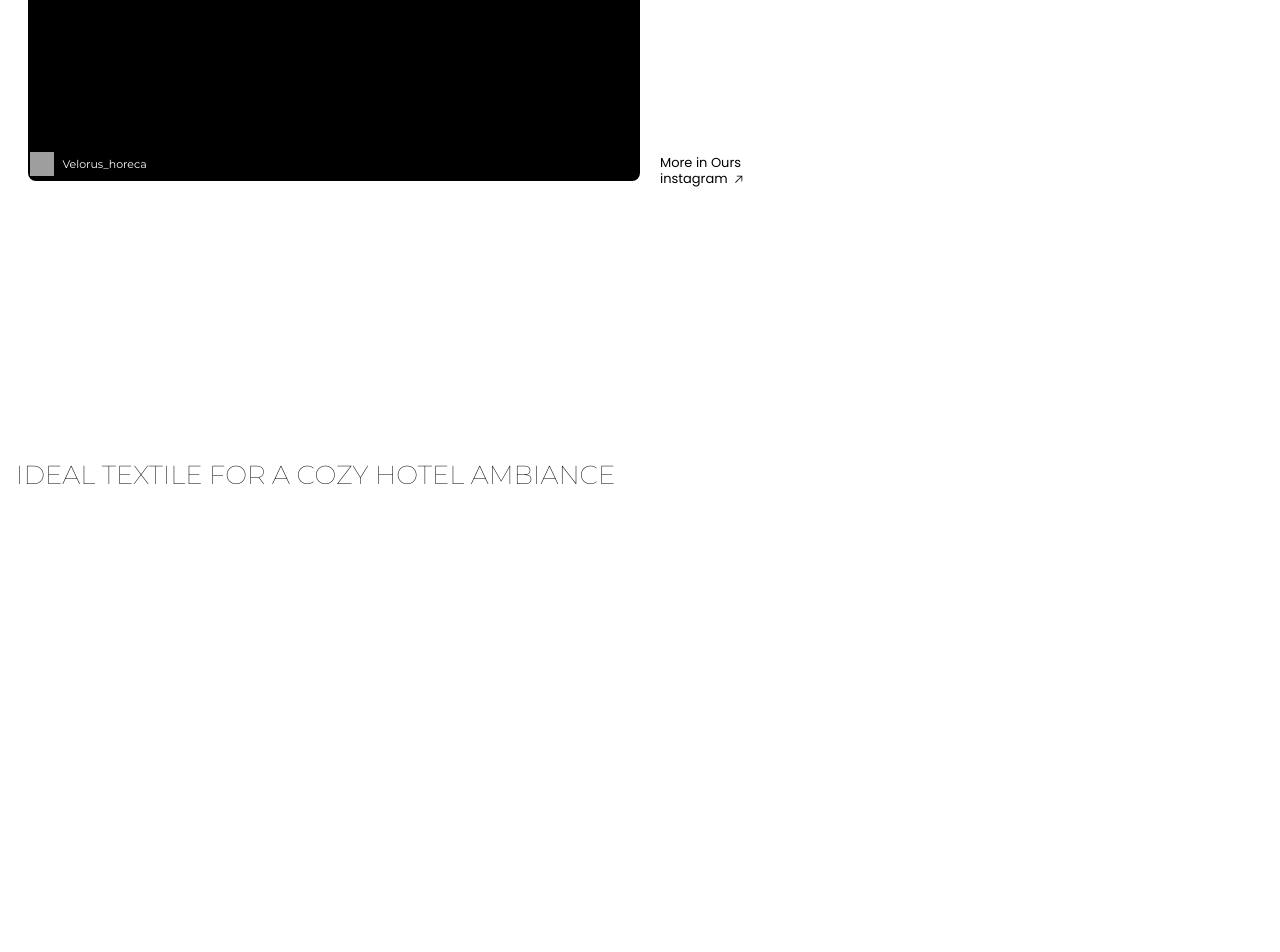
Repository: nikhilsinghrathore1/Shery_02
Page: /
These files come from the project's save history. The page is drawn as it stood at one moment and after the next save; the edit follows.
The browser window is 1280 px wide. The pictures show the part of the page from y = 3288 to 4240 px (the page is 5544 px tall).
Pictures or frames that could not be fetched are drawn as grey boxes. The project was rebuilt for these pictures with package versions that can differ from the ones it lists, and the page was loaded fresh each time. Also part of the build but not shown: vite.config.js.

Above is the page before, as saved 2024-07-18 03:05:00.

After the next save:
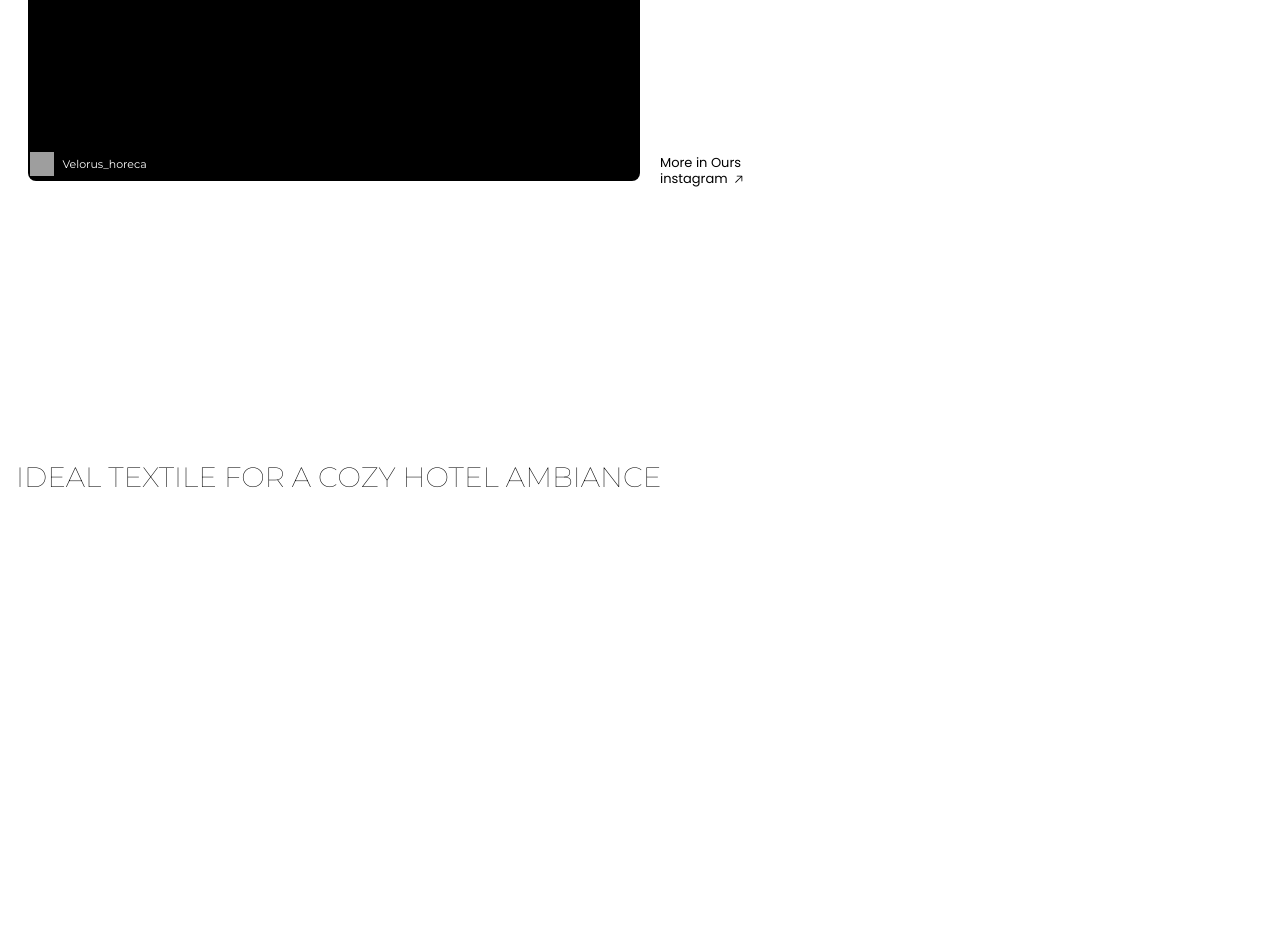
Saved 5 s later.
--- a/src/pages/Landing.jsx
+++ b/src/pages/Landing.jsx
@@ -55,7 +55,7 @@ const Landing = () => {
                </div>
 
                <div className='w-full h-[250vh] px-4'>
-                              <div className='w-full uppercase text-[26px] f4 '>
+                              <div className='w-full uppercase text-[28px] f4 '>
                                              <p>ideal textile for a cozy hotel ambiance</p>
                               </div>
                </div>
